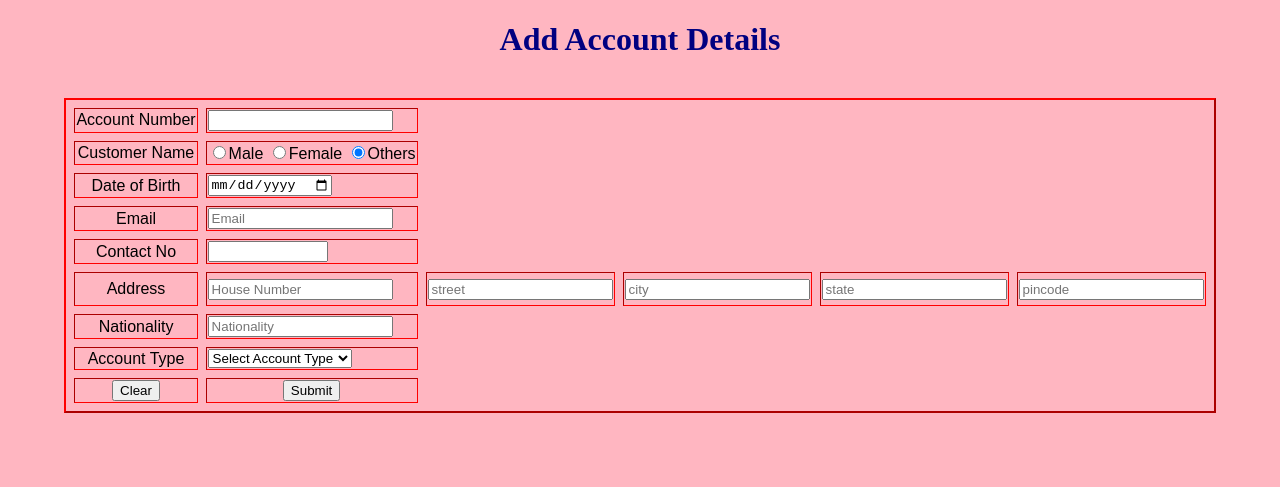
Repository: Rccalfa123/OnlineBankingApp
Page: http://localhost/AlfaAlfaBankApp/updateForm.jsp
An editor plug-in stored every save of this project. The page is shown before and after the next save, followed by the edit.
The browser window is 1280 px wide. The pictures show the whole page.
The page is served by Tomcat 9. Other server files are loaded and not shown.

Above is the page before, as saved 2018-08-13 12:16:58.

### AlfaAlfaBankApp/WebContent/updateForm.jsp
<%@ page language="java" contentType="text/html; charset=ISO-8859-1"
	pageEncoding="ISO-8859-1"%>
<%@taglib prefix="alfa" uri="http://java.sun.com/jsp/jstl/core"%>
<!DOCTYPE html>
<html>
<head>

<link rel="stylesheet" type="text/css" href="mystyle.css">

<style type="text/css">
.toBeHidden {
	display: none;
}


</style>

<script type="text/javascript">

  function checkDate(obj){
		 var ageDif = Date.now()-(new Date(obj.value)).getTime();
		 var ageDate = new Date(ageDif);
		 if(Math.abs(ageDate.getUTCFullYear()-1970) < 18 )
			 {
			   alert("Minimum age Should be 18 .");
			   obj.value = 0;
			 }

		 }
</script>

<meta charset="ISO-8859-1">
<title>Insert title here</title>
</head>
<body>
	<form action="addNewAccount.app" method="get">
		<h1 align="center">Add Account Details</h1>
		<br>

		<table align="center" cellspacing="8" border="2">
			<tr>
				<td align="center">Account Number </td>
				<td><input type="text" name="accountNumber" readonly="readonly" placeholder="${sessionScope.bankAccount.accountNumber}"></td>
			</tr>
			<tr>
				<td align="center">Customer Name</td>
				<td><input type="radio" name="gender" value="male"
					checked="checked">Male <input type="radio" name="gender"
					value="female" checked="checked">Female <input type="radio"
					name="gender" value="others" checked="checked">Others</td>
			</tr>
			<tr>
				<td align="center">Date of Birth</td>
				<td><input type="date" name="dob" onchange="checkDate(this);"  required="required"></td>
			</tr>
			<tr>
				<td align="center">Email</td>
				<td><input type="email" name="email" placeholder="Email"  required="required"></td>
			</tr>
			<tr>
				<td align="center">Contact No</td>
				<td><input type="number" name="contact_no"  min="6000000000"  max="9999999999"  required="required"></td>
			</tr>

			<tr>
				<td align="center" height="30">Address</td>
				<td ><input type="text" name="houseNo" placeholder="House Number" required="required"></td>
				<td align="center"><input type="text" name="street" placeholder="street"  required="required"></td>
				<td align="center"><input type="text" name="city" placeholder="city" required="required"></td>
				<td align="center"><input type="text" name="state" placeholder="state" required="required"></td>
				<td align="center"><input type="number" name="pincode" placeholder="pincode" required="required"></td>
			</tr>

			<tr>
				<td align="center">Nationality</td>
				<td><input type="text" name="nationality" placeholder="Nationality" required="required"></td>
			</tr>

			<tr>
				<td align="center">Account Type</td>
				<td><select name="accountType" onchange="checkAccountType(this);" required="required">
						<option id="" value="">Select Account Type</option>
						<option id="savingAccount" value="savingAccount">Saving Account</option>
						<option id="currentAccount" value="currentAccount">Current Account</option>
				</select></td>
			</tr>

			<tr id="salaried" class="toBeHidden">
				<td align="center">isSalaried</td>
				<td><input type="radio" name="salaried" value="salaried"   checked="checked" onchange="checkSalariedType(this);">Salaried
					<input type="radio" name="salaried" value="notSalaried" checked="checked" onchange="checkSalariedType(this);">Notsalaried
				</td>
			</tr>

			<tr id="savSalBalance" class="toBeHidden">
				<td align="center">savSEnter Balance</td>
				<td><input type="number" name="savSbalance" min="0"></td>
			</tr>

			<tr id="savNotSalBalance" class="toBeHidden">
				<td align="center">savNEnter Balance</td>
				<td><input type="number" name="savNbalance" min="5000"></td>
			<tr id="overDraft" class="toBeHidden">
				<td align="center">Over Draft Limit</td>
				<td><input type="number" name="overDraft"></td>
			</tr>

			<tr id="curBalance" class="toBeHidden">
				<td align="center">curEnter Balance</td>
				<td><input type="number" name="curbalance" min="10000"></td>
			</tr>

			<tr>
				<td align="center"><input type="reset" value="Clear" onclick="resetAll();"></td>
				<td align="center"><input type="submit" value="Submit"></td>
			</tr>
		</table>
	</form>


</body>
</html>

### AlfaAlfaBankApp/WebContent/mystyle.css
@charset "ISO-8859-1";

body {
    background-color: lightpink;
}

h1 {
    color: navy;
}

td{

 font-family: sans-serif;

}

table {
	border-color: red;
	border-right: 2px 2px 2px 2px ;
}

a{
	text-decoration: none;
	color: green;
}

After the next save:
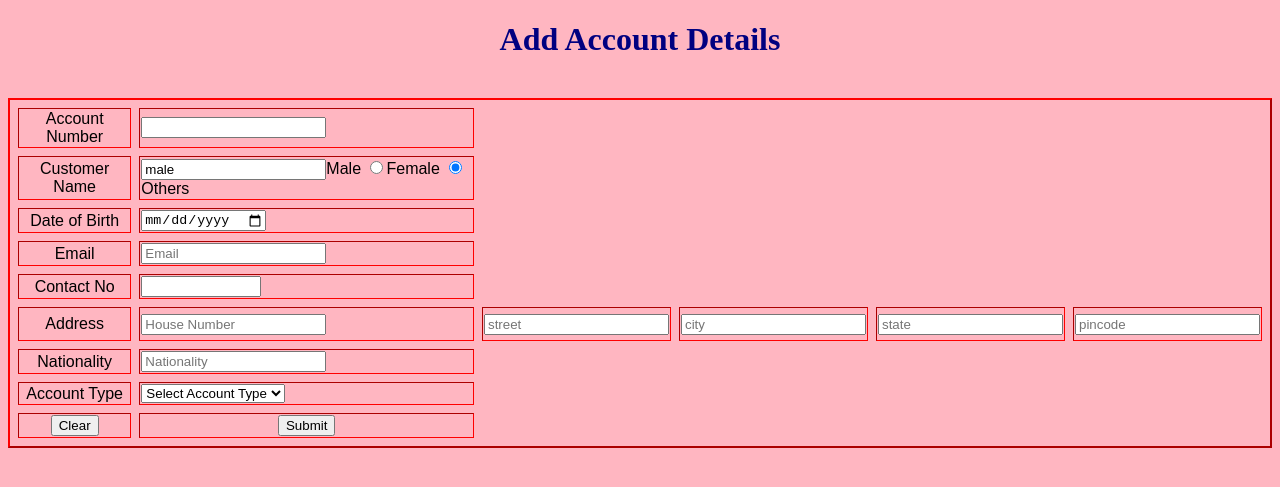
Saved 10 s later.
--- a/AlfaAlfaBankApp/WebContent/updateForm.jsp
+++ b/AlfaAlfaBankApp/WebContent/updateForm.jsp
@@ -44,7 +44,7 @@
 			</tr>
 			<tr>
 				<td align="center">Customer Name</td>
-				<td><input type="radio" name="gender" value="male"
+				<td><input type="text" name="gender" value="male"
 					checked="checked">Male <input type="radio" name="gender"
 					value="female" checked="checked">Female <input type="radio"
 					name="gender" value="others" checked="checked">Others</td>
